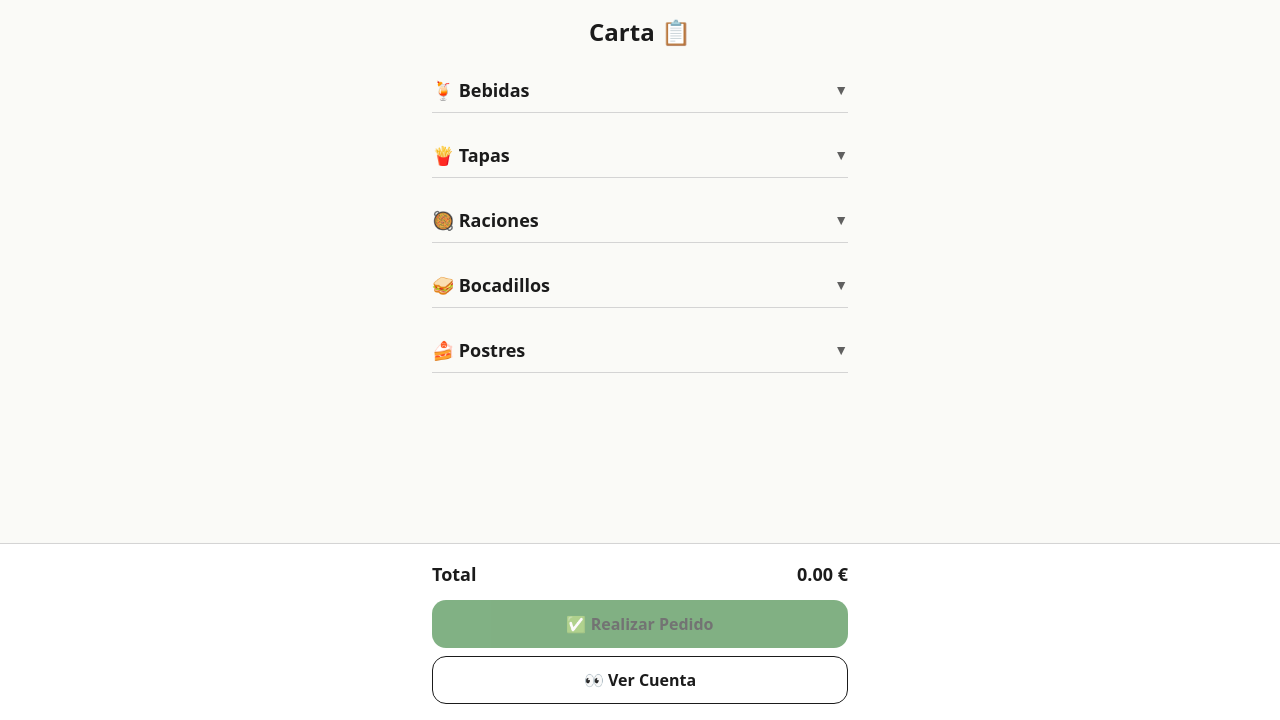
Repository: jrcardenas/sirvaapp
Page: /menu
An editor plug-in stored every save of this project. The page is shown before and after the next save, followed by the edit.
The browser window is 1280 px wide. The pictures show the whole page.
The project was rebuilt for these pictures with package versions that can differ from the ones it lists, and the page was loaded fresh each time. The framework's server and built-in components were replaced by stand-ins that run in the browser. Also part of the build but not shown: next.config.ts.

Above is the page before, as saved 2025-11-02 22:00:11.

After the next save:
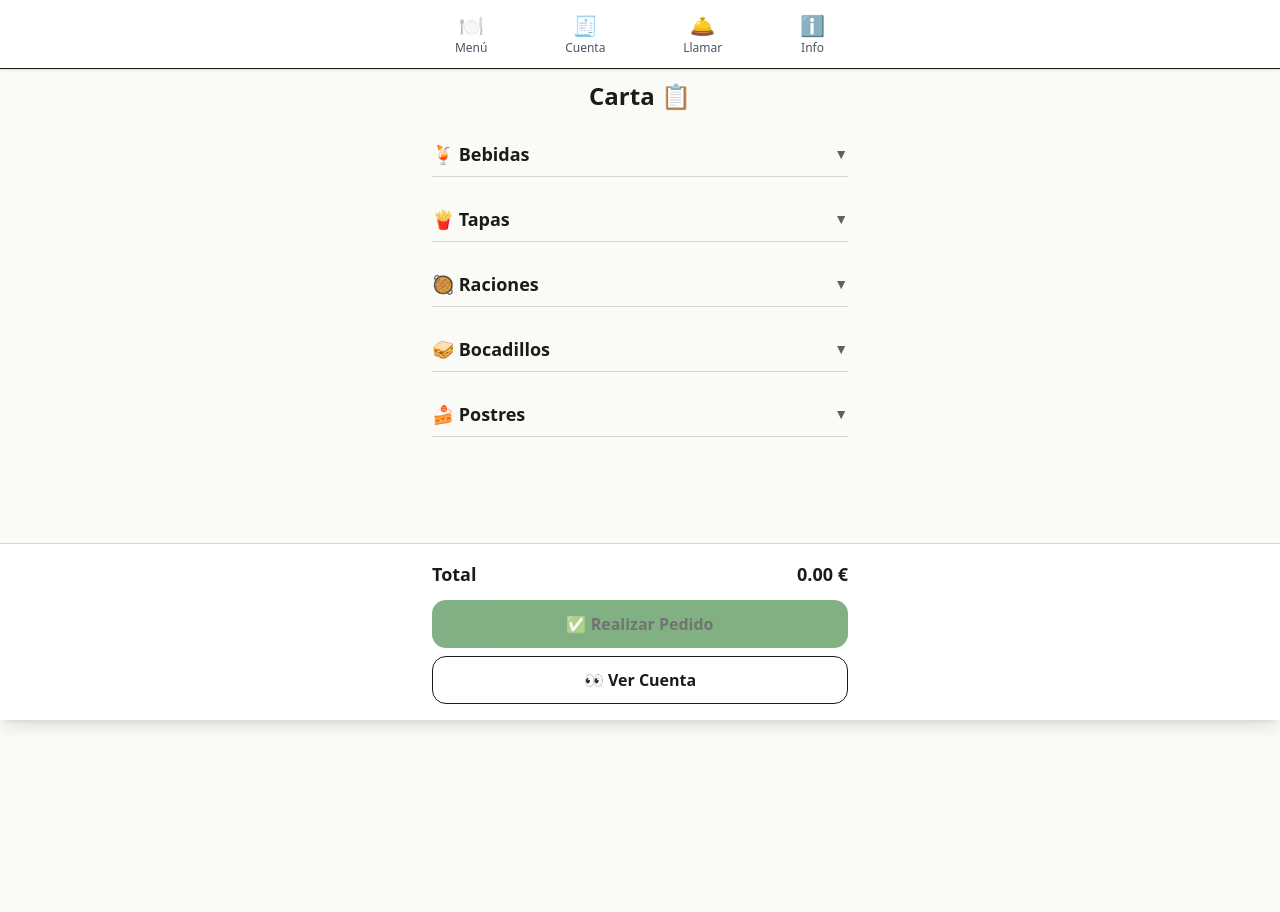
Saved 82 s later.
--- a/app/layout.tsx
+++ b/app/layout.tsx
@@ -1,10 +1,7 @@
-"use client";
-
 import type { Metadata } from "next";
 import "./globals.css";
 import "./styles/theme.css";
 import Header from "@/components/layout/Header";
-import { usePathname } from "next/navigation";
 
 export const metadata: Metadata = {
   title: "SirvaApp",
@@ -12,18 +9,11 @@ export const metadata: Metadata = {
 };
 
 export default function RootLayout({ children }: { children: React.ReactNode }) {
-  const pathname = usePathname();
-  const insideMesa = pathname.startsWith("/mesa/");
-
   return (
     <html lang="es">
       <body className="bg-[var(--color-background)] text-[var(--color-text-dark)]">
-
-        {/* ✅ Mostrar Header solo en rutas con mesa */}
-        {insideMesa && <Header />}
-
-        {/* ✅ Mantener espaciado si hay header */}
-        <main className={`${insideMesa ? "pt-16 pb-32" : ""} max-w-md mx-auto`}>
+        <Header />
+        <main className="pt-16 pb-32 max-w-md mx-auto">
           {children}
         </main>
       </body>
